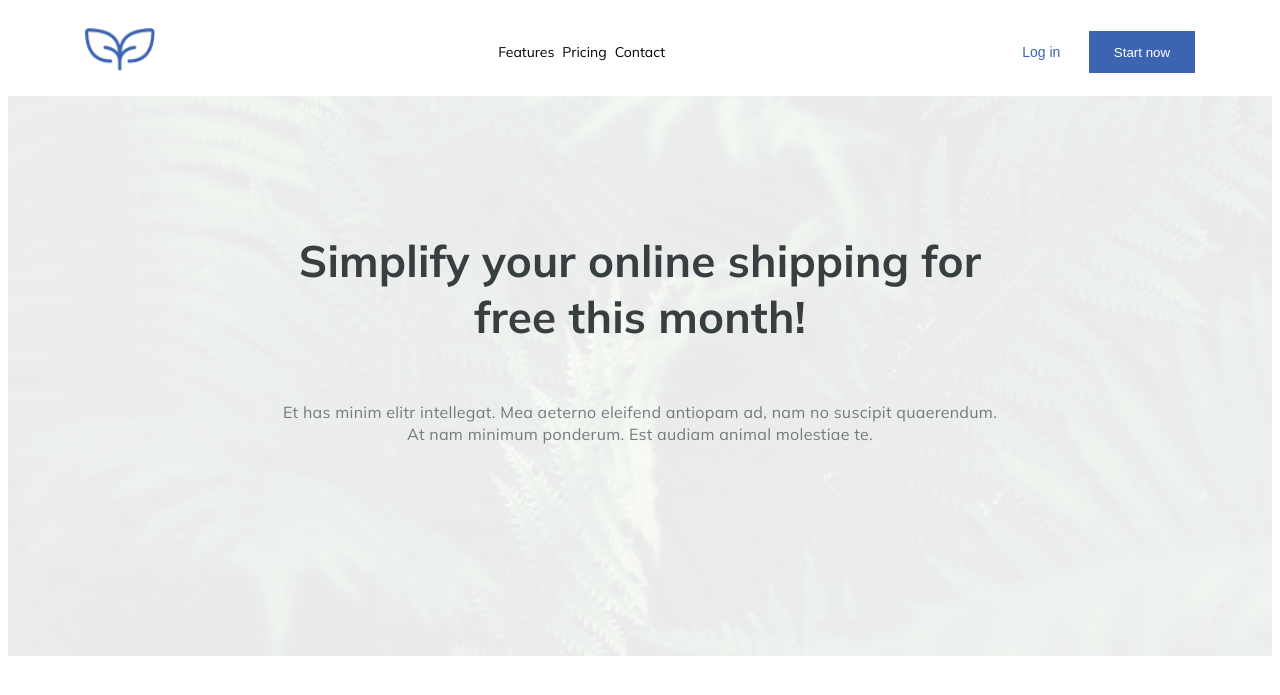
Repository: HoanTiny/FrontEnd_Examination
Page: index.html
The author's editor kept a copy of each file at every save. The page is drawn from the files as they stood at one save, then again after the next save.
The browser window is 1280 px wide. The pictures show the whole page.

Above is the page before, as saved 2022-11-26 01:29:56.

### index.html
<!DOCTYPE html>
<html lang="en">
    <head>
        <meta charset="UTF-8" />
        <meta http-equiv="X-UA-Compatible" content="IE=edge" />
        <meta name="viewport" content="width=device-width, initial-scale=1.0" />
        <title>Document</title>
        <link rel="stylesheet" href="./acesst/css/style.css" />
        <link
            href="https://fonts.googleapis.com/css2?family=Mulish:wght@200;300;400;500;600;700;800&display=swap"
            rel="stylesheet"
        />
    </head>
    <body>
        <div class="wrapper">
            <div class="container">
                <header class="header">
                    <div class="header__logo">
                        <img src="./acesst/img/Logo.png" alt="" />
                    </div>
                    <div class="header__menu">
                        <span>Features</span>
                        <span>Pricing</span>
                        <span>Contact</span>
                    </div>
                    <div class="header__log">
                        <button type="button" class="btn_login">Log in</button>
                        <button type="button" class="btn_start">
                            Start now
                        </button>
                    </div>
                </header>
            </div>
            <div class="banner">
                <div class="banner__img"></div>
                <div class="banner__title">
                    <h2>Simplify your online shipping for free this month!</h2>
                    <p>
                        Et has minim elitr intellegat. Mea aeterno eleifend
                        antiopam ad, nam no suscipit quaerendum. At nam minimum
                        ponderum. Est audiam animal molestiae te.
                    </p>
                </div>
            </div>
        </div>
    </body>
</html>

### acesst/css/style.css
* {
  box-sizing: inherit;
}

html {
  font-family: "Mulish", sans-serif;
  box-sizing: border-box;
  font-size: 62.5%;
  line-height: 1.8rem;
}

body {
  font-family: "Mulish", sans-serif;
}

.wrapper {
  max-width: 1440px;
  margin: 0 auto;
}

.container {
  width: 1110px;
  margin: 0 auto;
}

.header {
  display: flex;
  justify-content: space-between;
  align-items: center;
  height: 88px;
}
.header__logo img {
  width: 70px;
  height: 43px;
}
.header__menu {
  font-size: 14px;
  display: flex;
  flex-direction: row;
}
.header__menu span {
  margin-right: 8px;
  cursor: pointer;
}
.header__log .btn_login {
  height: 18px;
  background-color: white;
  color: #3c64b1;
  font-size: 14px;
  border: transparent;
}
.header__log .btn_start {
  padding: 12px 18px;
  background-color: #3c64b1;
  color: white;
  border: #3c64b1;
  margin-left: 20px;
  width: 106px;
  height: 42px;
}

.banner {
  position: relative;
  height: 560px;
  left: 0px;
  right: 0px;
  top: 0px;
}
.banner__img {
  position: absolute;
  left: 0%;
  right: 0%;
  top: 0%;
  bottom: 0%;
  background: url("../img/bg.png");
}
.banner__title {
  display: flex;
  flex-direction: column;
  align-items: center;
  padding: 0px;
  gap: 56px;
  position: absolute;
  width: 730px;
  height: 286px;
  left: calc(50% - 365px);
  top: calc(50% - 143px);
}
.banner__title h2 {
  font-weight: 700;
  font-size: 44px;
  line-height: 56px;
  text-align: center;
  letter-spacing: 0.2px;
  color: #373f41;
  margin: 0;
}
.banner__title p {
  font-weight: 400;
  font-size: 16px;
  line-height: 22px;
  text-align: center;
  letter-spacing: 0.3px;
  color: #737b7d;
  margin: 0;
}
.banner__title .banner__btn {
  display: flex;
  flex-direction: row;
  align-items: center;
  padding: 0px;
  gap: 24px;
  flex: none;
  order: 1;
  flex-grow: 0;
}
.banner__title .banner__btn button {
  width: 136px;
  height: 42px;
  padding: 12px 18px;
}
.banner__title .banner__btn button:nth-child(1) {
  background: #3c64b1;
  border: none;
  color: white;
}
.banner__title .banner__btn button:nth-child(2) {
  border: 1px solid #3c64b1;
  color: #3c64b1;
}

.main__info {
  margin-top: 60px;
}
.main__info-heading {
  font-weight: 700;
  font-size: 32px;
  line-height: 40px;
  text-align: center;
  letter-spacing: 0.1px;
  color: #373f41;
}
.main__info p {
  font-weight: 400;
  font-size: 16px;
  line-height: 22px;
  text-align: center;
  letter-spacing: 0.3px;
  margin-top: 24px;
  color: #737b7d;
}
.main__field {
  margin-top: 35px;
  display: flex;
  justify-content: space-between;
}
.main__field-list {
  display: flex;
  flex-direction: column;
  align-items: center;
  padding: 0px;
  gap: 22px;
  margin-right: 30px;
}
.main__field-list:nth-child(3) {
  margin-right: 0;
}
.main__field-list img {
  width: 40px;
  height: 40px;
}
.main__field-list--headline {
  font-weight: 700;
  font-size: 18px;
  line-height: 24px;
  text-align: center;
  letter-spacing: 0.1px;
  color: #737b7d;
}
.main__field-list--title {
  font-weight: 400;
  font-size: 14px;
  line-height: 20px;
  text-align: center;
  letter-spacing: 0.2px;
  color: #373f41;
}
.main__field-list--discover {
  font-weight: 700;
  font-size: 14px;
  line-height: 18px;
  display: flex;
  align-items: center;
  text-align: center;
  letter-spacing: 0.3px;
  color: #3c64b1;
}
.main__introduce {
  margin-top: 48px;
  margin-bottom: 86px;
}
.main__introduce--one {
  display: flex;
  margin-bottom: 108px;
}
.main__introduce--one img {
  width: 540px;
  height: 440px;
}
.main__introduce--one .introduce__text {
  display: flex;
  flex-direction: column;
  align-items: center;
  justify-content: center;
  padding: 0px;
  gap: 56px;
  margin-left: 30px;
}
.main__introduce--one .introduce__text-headline {
  font-weight: 700;
  font-size: 32px;
  line-height: 40px;
  letter-spacing: 0.1px;
  color: #373f41;
}
.main__introduce--one .introduce__text-text {
  font-weight: 400;
  font-size: 16px;
  line-height: 22px;
  letter-spacing: 0.3px;
  color: #737b7d;
}
.main__introduce--one .introduce__text-btn {
  width: 100%;
}
.main__introduce--one .introduce__text-btn .btn {
  display: flex;
  justify-content: space-between;
  width: 100%;
}
.main__introduce--one .introduce__text-btn .btn input {
  margin-left: 0;
  width: 377px;
  height: 42px;
  background: #f4f5f4;
  border: #f4f5f4;
  padding: 11px 16px;
}
.main__introduce--one .introduce__text-btn .btn button {
  width: 139px;
  height: 42px;
  padding: 12px 18px;
  background: #3c64b1;
  border: #3c64b1;
  color: white;
}
.main__introduce--one .introduce__text-btn p {
  margin-top: 12px;
  font-weight: 600;
  font-size: 12px;
  line-height: 16px;
  letter-spacing: 0.2px;
  color: #737b7d;
}
.main__introduce--two {
  display: flex;
}
.main__introduce--two img {
  width: 540px;
  height: 440px;
}
.main__introduce--two .introduce__text2 {
  display: flex;
  flex-direction: column;
  justify-content: center;
}
.main__introduce--two .introduce__text2-headline {
  font-weight: 700;
  font-size: 32px;
  line-height: 40px;
  letter-spacing: 0.1px;
  color: #373f41;
}
.main__introduce--two .introduce__text2-content {
  margin-top: 56px;
  display: flex;
}
.main__introduce--two .introduce__text2-content .content1 img {
  width: 32px;
  height: 32px;
}
.main__introduce--two .introduce__text2-content .content1 p {
  font-weight: 400;
  font-size: 16px;
  line-height: 22px;
  letter-spacing: 0.3px;
  color: #737b7d;
  margin-top: 16px;
}
.main__footer {
  display: flex;
  align-items: center;
}
.main__footer-list {
  display: flex;
  flex-direction: column;
  align-items: center;
  padding: 0px;
  gap: 32px;
  margin-right: 30px;
}
.main__footer-list img {
  width: 255px;
  height: 260px;
}
.main__footer-list h3 {
  font-weight: 700;
  font-size: 18px;
  line-height: 24px;
  text-align: center;
  letter-spacing: 0.1px;
  color: #373f41;
}
.main__footer-list p {
  font-weight: 400;
  font-size: 14px;
  line-height: 20px;
  text-align: center;
  letter-spacing: 0.2px;
  color: #373f41;
}

/*# sourceMappingURL=style.css.map */

After the next save:
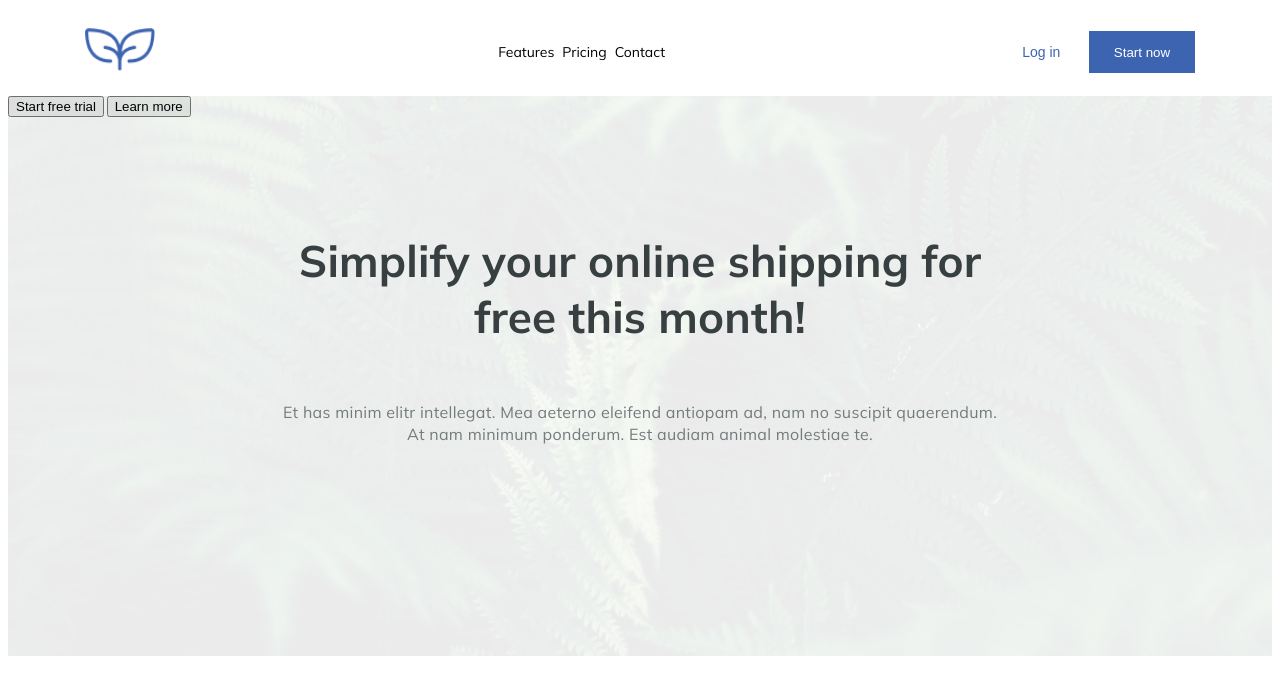
Saved 2 min 6 s later.
--- a/index.html
+++ b/index.html
@@ -41,6 +41,10 @@
                         ponderum. Est audiam animal molestiae te.
                     </p>
                 </div>
+                <div class="banner__btn">
+                    <button>Start free trial</button>
+                    <button>Learn more</button>
+                </div>
             </div>
         </div>
     </body>
